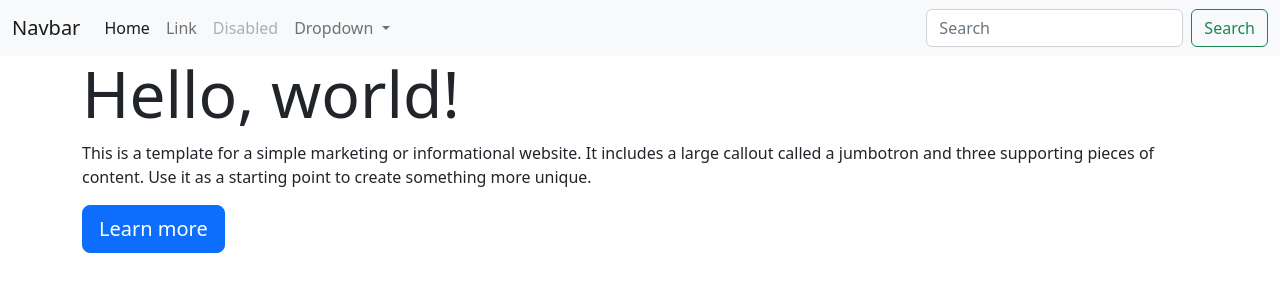
Repository: trongtamdev/lession1_html_sleepcloud
Page: jumbotron.html
An editor plug-in stored every save of this project. The page is shown before and after the next save, followed by the edit.
The browser window is 1280 px wide. The pictures show the whole page.

Above is the page before, as saved 2022-09-10 15:19:35.

### jumbotron.html
<!DOCTYPE html>
<html lang="en">
  <head>
    <meta charset="UTF-8" />
    <meta http-equiv="X-UA-Compatible" content="IE=edge" />
    <meta name="viewport" content="width=device-width, initial-scale=1.0" />
    <title>Jumbotron</title>
    <link href="./styles/bootstrap.css" rel="stylesheet" />
    <script src="https://cdn.jsdelivr.net/npm/bootstrap@5.2.1/dist/js/bootstrap.bundle.min.js"></script>
  </head>
  <body>
    <nav class="navbar navbar-expand-lg bg-light">
      <div class="container-fluid">
        <a class="navbar-brand" href="#">Navbar</a>
        <button
          class="navbar-toggler"
          type="button"
          data-bs-toggle="collapse"
          data-bs-target="#navbarSupportedContent"
          aria-controls="navbarSupportedContent"
          aria-expanded="false"
          aria-label="Toggle navigation"
        >
          <span class="navbar-toggler-icon"></span>
        </button>
        <div class="collapse navbar-collapse" id="navbarSupportedContent">
          <ul class="navbar-nav me-auto mb-2 mb-lg-0">
            <li class="nav-item">
              <a class="nav-link active" aria-current="page" href="#">Home</a>
            </li>
            <li class="nav-item">
              <a class="nav-link" href="#">Link</a>
            </li>
            <li class="nav-item">
              <a class="nav-link disabled">Disabled</a>
            </li>
            <li class="nav-item dropdown">
              <a
                class="nav-link dropdown-toggle"
                href="#"
                role="button"
                data-bs-toggle="dropdown"
                aria-expanded="false"
              >
                Dropdown
              </a>
              <ul class="dropdown-menu">
                <li><a class="dropdown-item" href="#">Action</a></li>
                <li><a class="dropdown-item" href="#">Another action</a></li>
                <li><hr class="dropdown-divider" /></li>
                <li>
                  <a class="dropdown-item" href="#">Something else here</a>
                </li>
              </ul>
            </li>
          </ul>
          <form class="d-flex" role="search">
            <input
              class="form-control me-2"
              type="search"
              placeholder="Search"
              aria-label="Search"
            />
            <button class="btn btn-outline-success" type="submit">
              Search
            </button>
          </form>
        </div>
      </div>
    </nav>

    <main>
      <div class="jumbotron">
        <div class="container">
          <h1 class="display-3">Hello, world!</h1>
          <p>
            This is a template for a simple marketing or informational website.
            It includes a large callout called a jumbotron and three supporting
            pieces of content. Use it as a starting point to create something
            more unique.
          </p>
          <p><a class="btn btn-primary btn-lg">Learn more</a></p>
        </div>
      </div>
    </main>
  </body>
</html>

Loaded but not shown: styles/bootstrap.css (library)

After the next save:
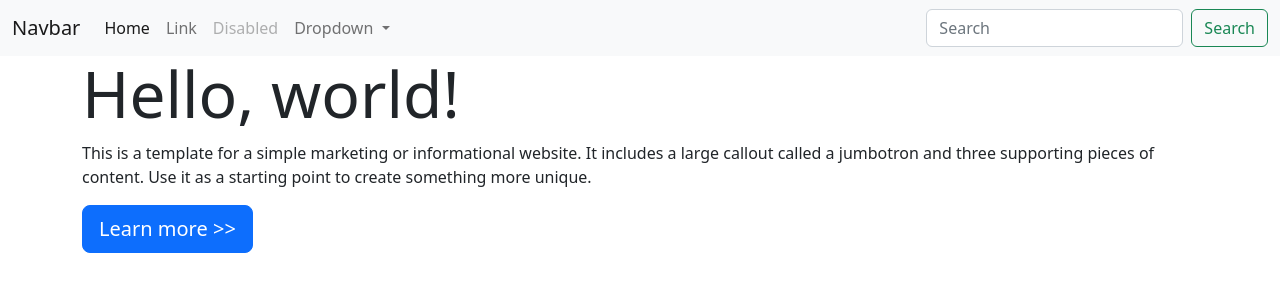
Saved 14 s later.
--- a/jumbotron.html
+++ b/jumbotron.html
@@ -79,7 +79,7 @@
             pieces of content. Use it as a starting point to create something
             more unique.
           </p>
-          <p><a class="btn btn-primary btn-lg">Learn more</a></p>
+          <p><a class="btn btn-primary btn-lg">Learn more >></a></p>
         </div>
       </div>
     </main>
